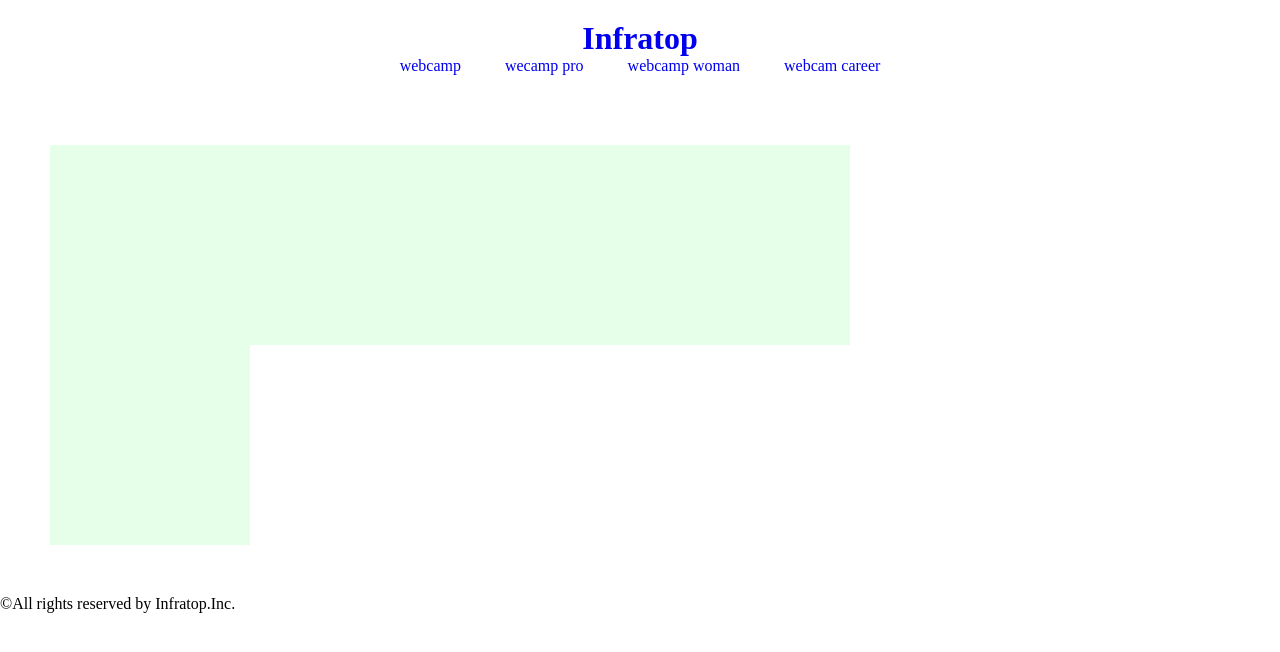
Repository: ego-boosting/assightment_1
Page: infratop/index.html
The author's editor kept a record of every edit. The page is drawn from the files as they stood at one moment, then again after the next edit.
The browser window is 1280 px wide. The pictures show the whole page.

Above is the page before.

After the next edit:
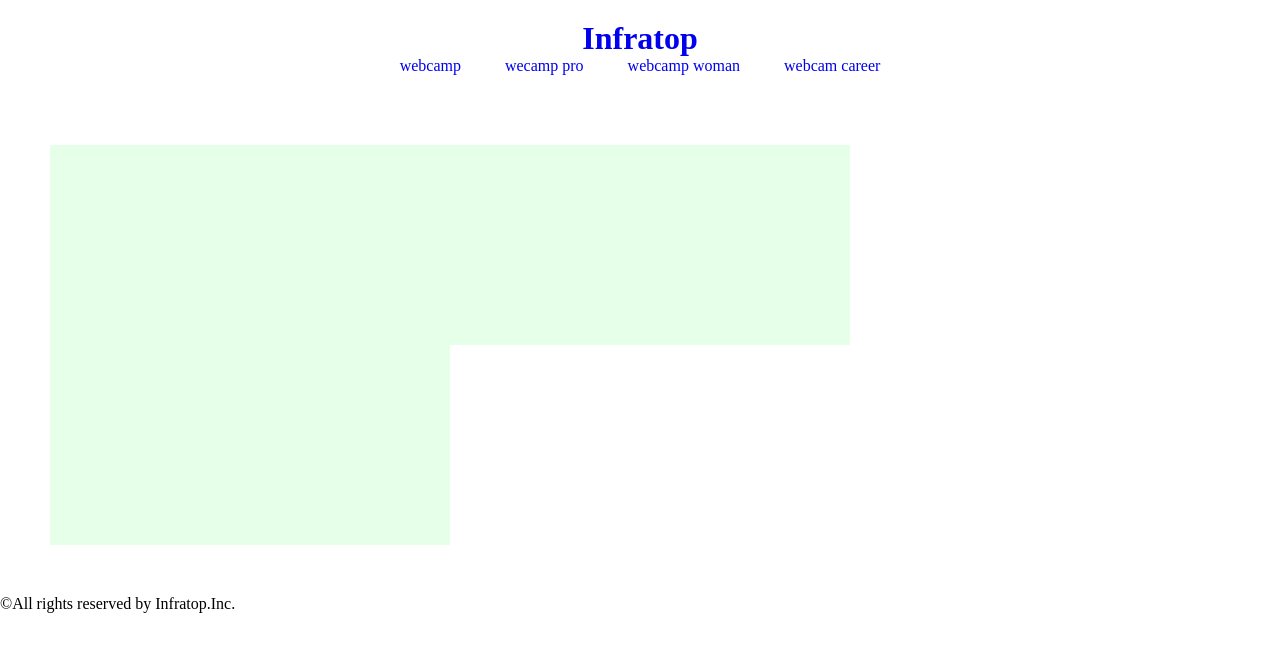
The edit:
--- a/infratop/style.css
+++ b/infratop/style.css
@@ -84,7 +84,7 @@
   background-color: #e6ffe9;
 }
 
-.box{
+.box7{
   width: 200px;
   height: 200px;
   background-color: #e6ffe9;
